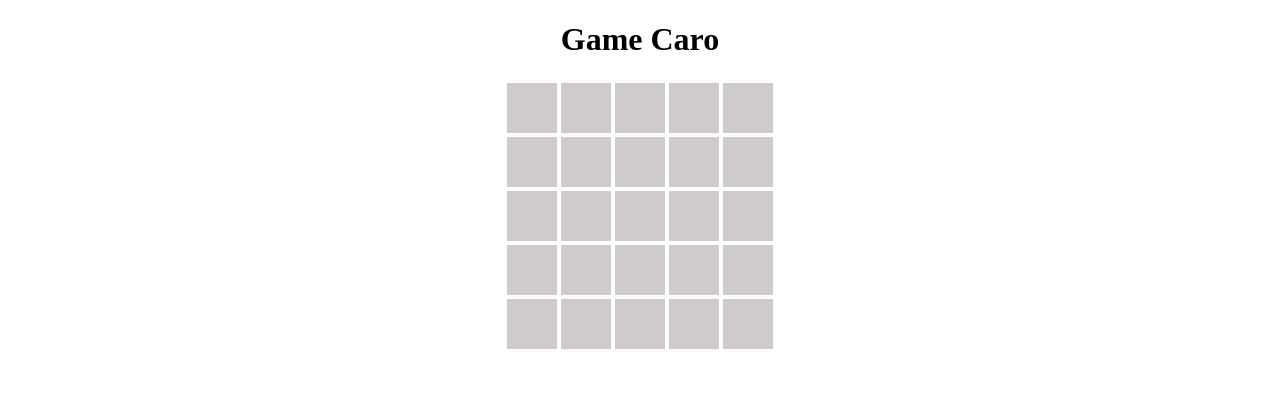
Repository: tungts3qb/BTCodeGym
Page: CaroGame/index.html
An editor plug-in stored every save of this project. The page is shown before and after the next save, followed by the edit.
The browser window is 1280 px wide. The pictures show the whole page.

Above is the page before, as saved 2023-02-16 01:03:28.

### CaroGame/index.html
<!DOCTYPE html>
<html lang="en">
  <head>
    <meta charset="UTF-8" />
    <meta http-equiv="X-UA-Compatible" content="IE=edge" />
    <meta name="viewport" content="width=device-width, initial-scale=1.0" />
    <link rel="stylesheet" href="style.css" />
    <title>Document</title>
  </head>
  <body>
    <div class="game-title">
      <h1>Game Caro</h1>
    </div>
    <div class="game-board">
      <table>
        <tbody>
          <tr>
            <td>
              <div class="square" id="00" onclick="Click(id)"></div>
            </td>
            <td>
              <div class="square" id="01" onclick="Click(id)"></div>
            </td>
            <td>
              <div class="square" id="02" onclick="Click(id)"></div>
            </td>
            <td>
              <div class="square" id="03" onclick="Click(id)"></div>
            </td>
            <td>
              <div class="square" id="04" onclick="Click(id)"></div>
            </td>
          </tr>
          <tr>
            <td>
              <div class="square" id="10" onclick="Click(id)"></div>
            </td>
            <td>
              <div class="square" id="11" onclick="Click(id)"></div>
            </td>
            <td>
              <div class="square" id="12" onclick="Click(id)"></div>
            </td>
            <td>
              <div class="square" id="13" onclick="Click(id)"></div>
            </td>
            <td>
              <div class="square" id="14" onclick="Click(id)"></div>
            </td>
          </tr>
          <tr>
            <td>
              <div class="square" id="20" onclick="Click(id)"></div>
            </td>
            <td>
              <div class="square" id="21" onclick="Click(id)"></div>
            </td>
            <td>
              <div class="square" id="22" onclick="Click(id)"></div>
            </td>
            <td>
              <div class="square" id="23" onclick="Click(id)"></div>
            </td>
            <td>
              <div class="square" id="24" onclick="Click(id)"></div>
            </td>
          </tr>
          <tr>
            <td>
              <div class="square" id="30" onclick="Click(id)"></div>
            </td>
            <td>
              <div class="square" id="31" onclick="Click(id)"></div>
            </td>
            <td>
              <div class="square" id="32" onclick="Click(id)"></div>
            </td>
            <td>
              <div class="square" id="33" onclick="Click(id)"></div>
            </td>
            <td>
              <div class="square" id="34" onclick="Click(id)"></div>
            </td>
          </tr>
          <tr>
            <td>
              <div class="square" id="40" onclick="Click(id)"></div>
            </td>
            <td>
              <div class="square" id="41" onclick="Click(id)"></div>
            </td>
            <td>
              <div class="square" id="42" onclick="Click(id)"></div>
            </td>
            <td>
              <div class="square" id="43" onclick="Click(id)"></div>
            </td>
            <td>
              <div class="square" id="44" onclick="Click(id)"></div>
            </td>
          </tr>
        </tbody>
      </table>
    </div>
    <script src="script.js"></script>
  </body>
</html>

### CaroGame/style.css
.square {
  width: 50px;
  height: 50px;
  background: rgb(207, 203, 203);
  position: relative;
  display: flex;
  justify-content: center;
  align-items: center;
  cursor: pointer;
}

.square:hover {
  background: rgb(155, 25, 25);
}

.square-icon-o {
  height: 30px;
  width: 30px;
  background: url("Opng.png") no-repeat center / cover;
}

.square-icon-x {
  height: 30px;
  width: 30px;
  background: url("Xpng.png") no-repeat center / cover;
}

.game-title h1 {
  text-align: center;
}

.game-board table {
  margin: 0 auto;
}

### CaroGame/script.js
class Square {
  constructor(x, y, status, result) {
    this.x = 0;
    this.y = 0;
    this.status = false; // chưa nhấn
    this.value = ""; // nhận hai giá trị là x và o
  }

  setX(newX) {
    this.x = newX;
  }

  setY(newY) {
    this.y = newY;
  }

  getX() {
    return this.x;
  }

  getY() {
    return this.y;
  }

  setStatus(newSatus) {
    this.status = newSatus;
  }

  getStatus() {
    return this.status;
  }

  setValue(newValue) {
    this.value = newValue;
  }

  getValue() {
    return this.value;
  }
}

const squareArr = [
  [null, null, null, null, null],
  [null, null, null, null, null],
  [null, null, null, null, null],
  [null, null, null, null, null],
  [null, null, null, null, null],
];
let xO = true;
const MAX_ROW = 5;
const MAX_WIN = 3;
function Click(id) {
  xO = !xO;
  let cell = new Square();
  let strId = `${id}`;
  let x = parseInt(strId.charAt(0));
  let y = parseInt(strId.charAt(1));
  let xOrO;
  console.log(xOrO);

  // đưa tọa độ, status, giá trị  mà người chơi click vào một ô bất kỳ
  if (!isNaN(x) && !isNaN(y)) {
    cell.setX(x);
    cell.setY(y);
    cell.setStatus(1);
    if (xO) {
      cell.setValue("x");
    } else {
      cell.setValue("o");
    }
    // đưa vào mảng 2 chiều, đồng thời hiển thị giá trị của nó lên board
    if (squareArr[x][y] == null) {
      squareArr[x][y] = cell;
      let cellXY = document.getElementById(id);
      let div = document.createElement("div");
      if (squareArr[x][y].getValue() == "x") {
        div.classList.add("square-icon-x");
      } else if (squareArr[x][y].getValue() == "o") {
        div.classList.add("square-icon-o");
      }
      cellXY.appendChild(div);
    }
    if (checkLeftDiagonal(squareArr, x, y)) {
      console.log(`${squareArr[x][y].getValue()} chien thang`);
    }
    if (checkRightDiagonal(squareArr, x, y)) {
      console.log(`${squareArr[x][y].getValue()} chien thang`);
    }
    if (checkRow(squareArr, x, y)) {
      console.log(`${squareArr[x][y].getValue()} chien thang`);
      return;
    }
    if (checkColumn(squareArr, x, y)) {
      console.log(`${squareArr[x][y].getValue()} chien thang`);
    }
  }
}

// check đường chéo trái
function checkLeftDiagonal(squareArr, x, y) {
  let count2 = 0;
  let arrCheckWin = [];
  let [x0, y0] = [x, y];
  while (x0 > 0 && y0 > 0) {
    x0--;
    y0--;
  }

  for (let i = x0, j = y0; i < MAX_ROW, j < MAX_ROW; i++, j++) {
    if (i < MAX_ROW && j < MAX_ROW) {
      if (squareArr[i][j] != null) {
        arrCheckWin.push(squareArr[i][j].getValue());
      } else {
        arrCheckWin.push("");
      }
    }
  }
  let result = checkElementArr(
    arrCheckWin,
    squareArr[x][y].getValue(),
    MAX_WIN
  );
  return result;
}

function checkRightDiagonal(squareArr, x, y) {
  let arrCheckWin = [];
  let [x0, y0] = [x, y];
  while (x0 > 0 && y0 < 4) {
    x0--;
    y0++;
  }

  for (let i = x0, j = y0; i < MAX_ROW, j >= 0; i++, j--) {
    if (i < MAX_ROW && j >= 0) {
      if (squareArr[i][j] != null) {
        arrCheckWin.push(squareArr[i][j].getValue());
      } else {
        arrCheckWin.push("");
      }
    }
  }

  let result = checkElementArr(
    arrCheckWin,
    squareArr[x][y].getValue(),
    MAX_WIN
  );
  return result;
}

function checkColumn(squareArr, x, y) {
  let [x0, y0] = [x, y];
  let arrCheckWin = [];
  while (x0 > 0 && x0 <= 4) {
    x0--;
  }

  for (let i = 0; i < MAX_ROW; i++) {
    if (squareArr[i][y0] != null) {
      arrCheckWin.push(squareArr[i][y0].getValue());
    } else {
      arrCheckWin.push("");
    }
  }

  let result = checkElementArr(
    arrCheckWin,
    squareArr[x][y].getValue(),
    MAX_WIN
  );
  return result;
}

function checkRow(squareArr, x, y) {
  let [x0, y0] = [x, y];
  let arrCheckWin = [];
  while (y0 > 0 && y0 <= 4) {
    y0--;
  }

  for (let i = 0; i < MAX_ROW; i++) {
    if (squareArr[x0][i] != null) {
      arrCheckWin.push(squareArr[x0][i].getValue());
    } else {
      arrCheckWin.push("");
    }
  }

  let result = checkElementArr(
    arrCheckWin,
    squareArr[x][y].getValue(),
    MAX_WIN
  );

  return result;
}

function checkElementArr(arr, value, maxWin) {
  let length = arr.length;
  let countCheck = 0;
  console.log(`arr = ${arr}`);
  console.log(`value = ${value}`);
  for (let i = 0; i < length - 1; i++) {
    if (arr[i] === value) {
      if (arr[i + 1] === value) {
        countCheck++;
        if (countCheck == maxWin - 1) return true;
      }
    } else {
      countCheck = 0;
    }
  }
  console.log(`countCheck = ${countCheck}`);
  return false;
}

let quare = document.querySelector(".square");
quare.addEventListener("click", Click());

After the next save:
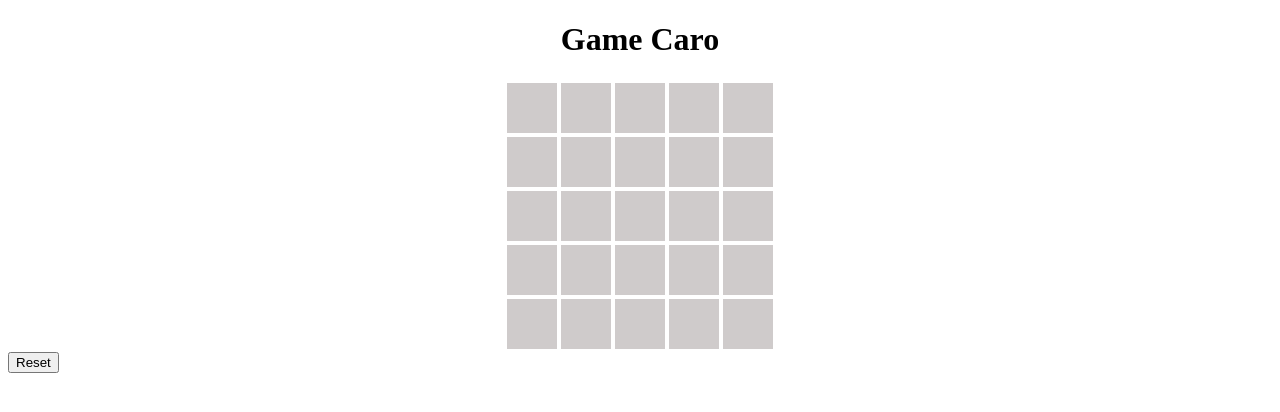
Saved 4 min 14 s later.
--- a/CaroGame/index.html
+++ b/CaroGame/index.html
@@ -101,6 +101,10 @@
           </tr>
         </tbody>
       </table>
+
+      <div class="button-list">
+        <button class="btn-rest">Reset</button>
+      </div>
     </div>
     <script src="script.js"></script>
   </body>
